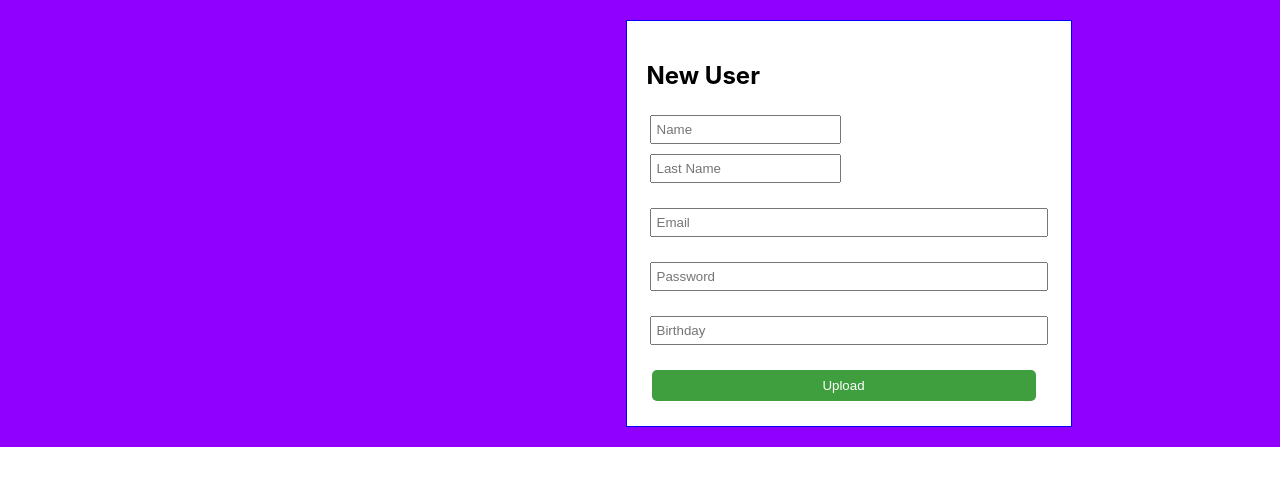
Repository: RobertAries28/CrudUsuarios
Page: /
These files come from the project's save history. The page is drawn as it stood at one moment and after the next save; the edit follows.
The browser window is 1280 px wide. The pictures show the whole page.
The page's requests for data from a server got no answer. The project was rebuilt for these pictures with package versions that can differ from the ones it lists, and the page was loaded fresh each time. No one was signed in, and anything a server would have sent is missing.

Above is the page before, as saved 2022-05-23 19:36:23.

### src/App.js

import axios from 'axios';
import { useEffect, useState } from 'react';
import './App.css';
import UsersForm from './UsersForm';
import UsersList from './UsersList';

const App=()=> {

  const [users,setUsers]= useState([])
  useEffect(()=>{
    axios.get('https://users-crud1.herokuapp.com/users/')
    .then(res=>setUsers(res.data))

  },[]);
  console.log(users)
  return (
    <div className="App">
     <UsersList users={users}/>
     <UsersForm/>
    </div>
  );
}

export default App;

### src/App.css
.App{
  background: #8F00FF;
  height: 100%;
  padding: 20px 0;
  display: flex;
  justify-content: space-around;

}

ul{
  list-style: none;
  padding: 0;
  margin: 0 0;



}

.users{
  border-radius: 20px;


  display: flex;
  justify-content: space-around;
  align-items: center;
  border: 1px solid blue;
  background: white;
  padding: 20px 0;

}

.form{
  display: flex;
  flex-direction: column;
  justify-content: center;
  align-items: center;
  border: 1px solid blue;
  background: white;




}

.formUser{
  padding-left: 20px;
  padding-right: 40px;
  padding-top: 20px;
  padding-bottom: 20px;
  width: 30%;
  border: 1px solid blue;
  background: white;
  height: 40%;
}

input{
padding: 5px;
margin: 5px 3px;


}

form{
  width: 100%;
}

.buttonDate{
  width: 100%;
  margin: 5px;
  padding: 8px;
  background: #3f9f3f;
  border: none;
  border-radius: 5px;
  color: white;
}

.date{
  width: 100%;
}
label{
  margin: 2px;
}


.dateUsers{
  margin: 15px 0;
}

### src/UsersForm.js
import React, { useEffect, useState } from 'react';
import './App.css';

const UsersForm = ({addUsers,updateUsers,userEdit,selectUsers}) => {

        const [name,setName]= useState("");

        const [lastName, setLatName] = useState("");
        const [email,setEmail]= useState("");


        const [birthday, setBirthday] = useState("")
        const [password, setPassword] = useState("")

      useEffect(()=>{
          console.log("Cambio productEdit")

          if(userEdit){
              setName(userEdit.name);
              setLatName(userEdit.lastName);
              setEmail(userEdit.email)
              setBirthday(userEdit.birthday)
              setPassword(userEdit.password)
          } else{
              setName("");
              setLatName("");
              setEmail("");
              setBirthday("");
              setPassword("")
          }
      },[userEdit])

        const submit=(e)=>{
            e.preventDefault();
            const user={

                name:name,
                lastName:lastName,
              email:email,
              birthday:birthday,
              password:password
            }

           if(userEdit){
               user.id= userEdit.id
             updateUsers(user);
           }else{

            addUsers(user)
        }



        }
        return (
            <div className='formUser'>
                <form onSubmit={submit}>
                  <h2>New User</h2>
                <div className='dateUsers'>

                      <input placeholder='Name' type="text"
                             id="name"
                             onChange={e=> setName(e.target.value)}
                                 value={name}
                             />


                      <input placeholder='Last Name' type="text"
                             id="lastname"
                             onChange={e=> setLatName(e.target.value)}
                                 value={lastName}
                             />
                  </div>

                  <div className='dateUsers'>

                      <input placeholder='Email' className='date' type="email"
                             id="email"
                             onChange={e=> setEmail(e.target.value)}
                                 value={email}
                             />
                  </div>

                  <div className='dateUsers'>

                      <input placeholder='Password' className='date' type="password"
                      id='password'
                      onChange={e=> setPassword(e.target.value)}
                      value={password} />
                  </div>

                  <div className='dateUsers'>

                      <input placeholder='Birthday' className='date' type="text"
                      id='birthday'
                      onChange={e=> setBirthday(e.target.value)}
                      value={birthday} />
                  </div>



                  <button className='buttonDate' >Upload</button>

                  {
                      userEdit &&
                      <button type='button'
                        onClick={()=> selectUsers(null)}
                      >Cancelar</button>
                  }
                </form>
            </div>
    );
}

export default UsersForm;

### src/UsersList.js
import React from 'react';
import './App.css';

const UsersList = ({users,removeProduct,selecProduct}) => {
    return (
        <div className='infoUsers'>
               <ul>
                {
                    users.map(user=>(
                        <li className='users' style={{marginBottom:"10px"}} key={user.id}>
                            <ul>
                                <li><b>Nombre: </b>{user.first_name}</li>
                                <li><b>Apellido: </b>{user.last_name}</li>
                                <li><b>Email: </b>{user.email}</li>
                                <li><b>Brithday: </b>{user.birthday}</li>
                            </ul>
                            <div className='button'>
                            <button onClick={()=>removeProduct(user.id)}>Eliminar</button>
                       <button onClick={()=>selecProduct(user)}>Actualizar</button>
                       </div>
                        </li>
                    ))
                }
            </ul>
        </div>
    );
}

export default UsersList;

Loaded but not shown: public/index.html (common file); src/index.js (common file); src/index.css (common file); src/reportWebVitals.js (common file)

After the next save:
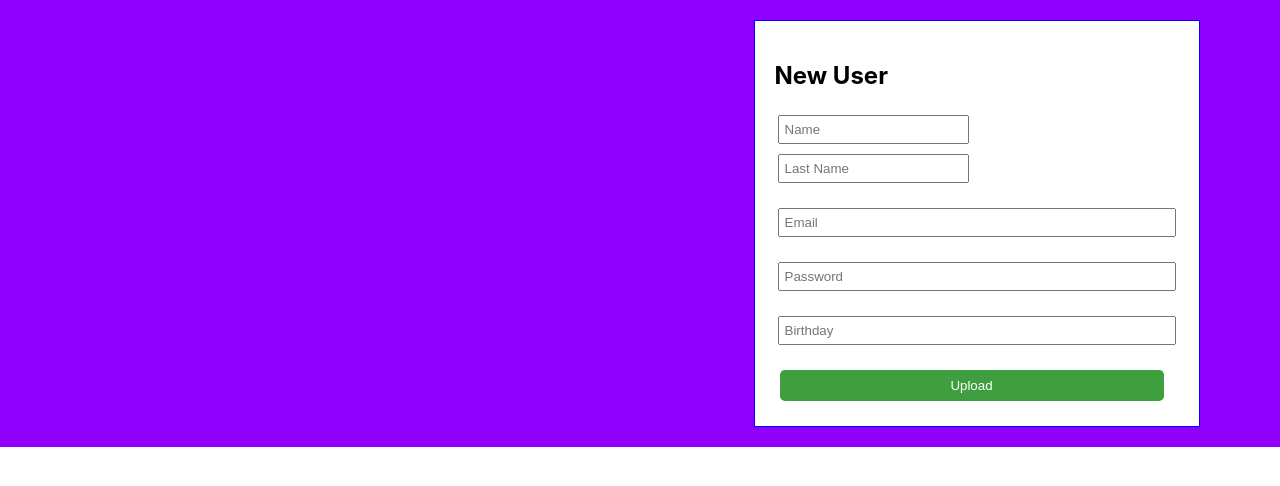
Saved 40 s later.
--- a/src/App.css
+++ b/src/App.css
@@ -27,6 +27,9 @@ ul{
   background: white;
   padding: 20px 0;
 
+}
+.infoUsers{
+  width: 40%;
 }
 
 .form{
